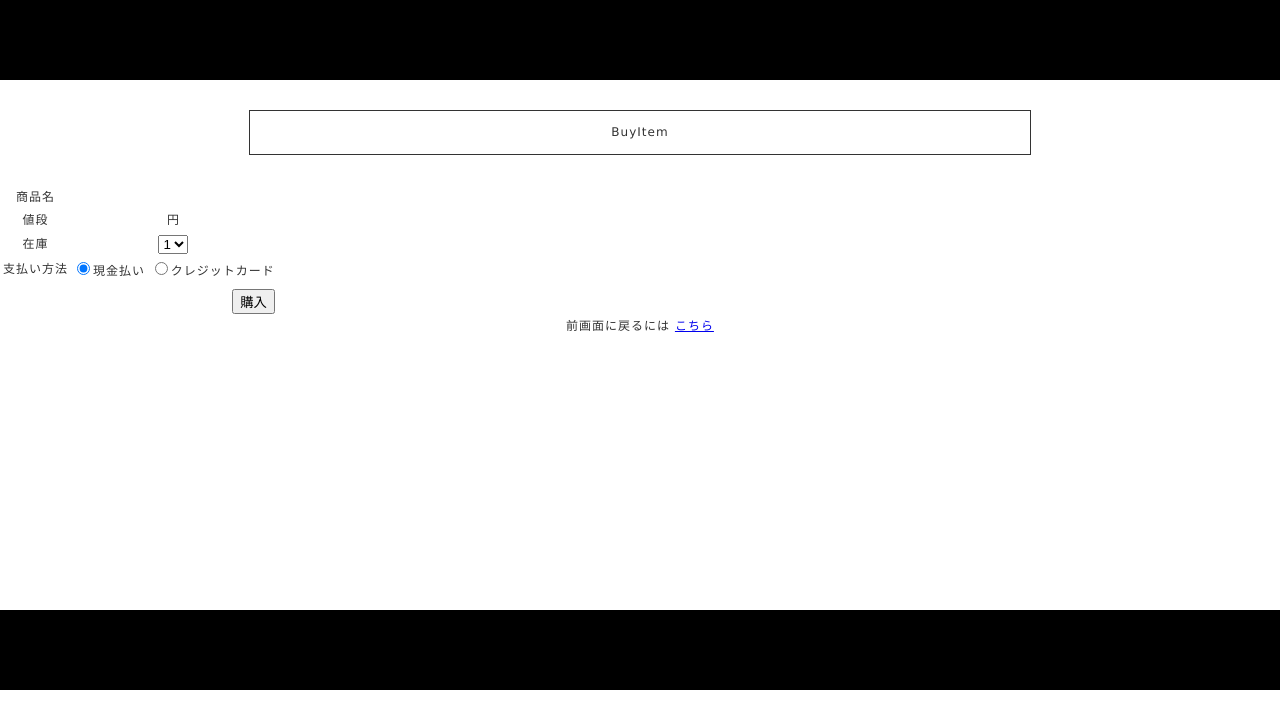
Repository: user-yo-yo/test
Page: http://localhost/template/buyItem.jsp
These files come from the project's save history. The page is drawn as it stood at one moment and after the next save; the edit follows.
The browser window is 1280 px wide. The pictures show the whole page.
The page is served by Tomcat 9.

Above is the page before, as saved 2019-03-06 04:49:26.

After the next save:
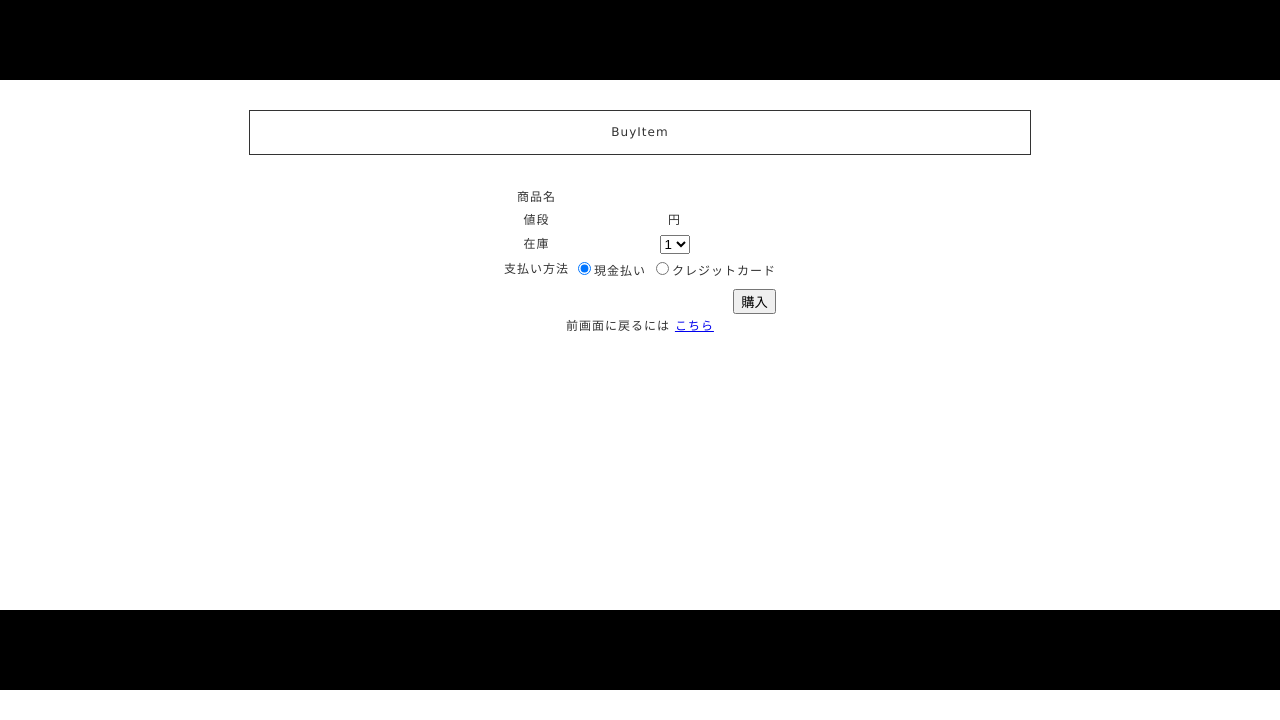
Saved 27 s later.
--- a/template/WebContent/buyItem.jsp
+++ b/template/WebContent/buyItem.jsp
@@ -25,7 +25,7 @@
 	background:#fff;
 }
 
-tabel{
+table{
 	text-align:center;
 	margin:0 auto;
 }
